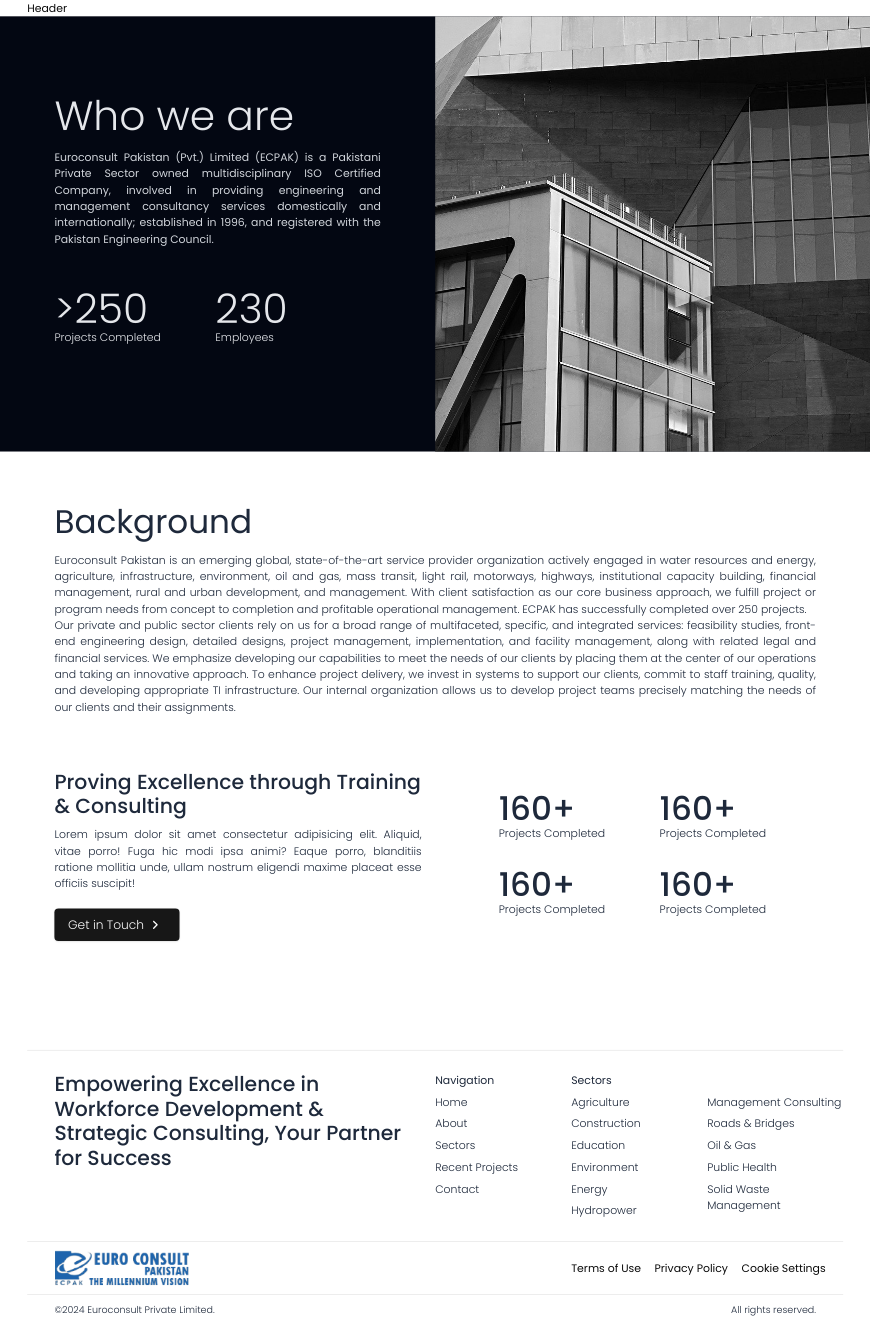
Repository: EMDC-24/ecglobalwebsite19
Page: /about
These files come from the project's save history. The page is drawn as it stood at one moment and after the next save; the edit follows.
The browser window is 1280 px wide. The pictures show the whole page, at 68% of full size.
The project was rebuilt for these pictures with package versions that can differ from the ones it lists, and the page was loaded fresh each time. The framework's server and built-in components were replaced by stand-ins that run in the browser. Also part of the build but not shown: next.config.mjs.

Above is the page before, as saved 2024-09-17 22:51:33.

After the next save:
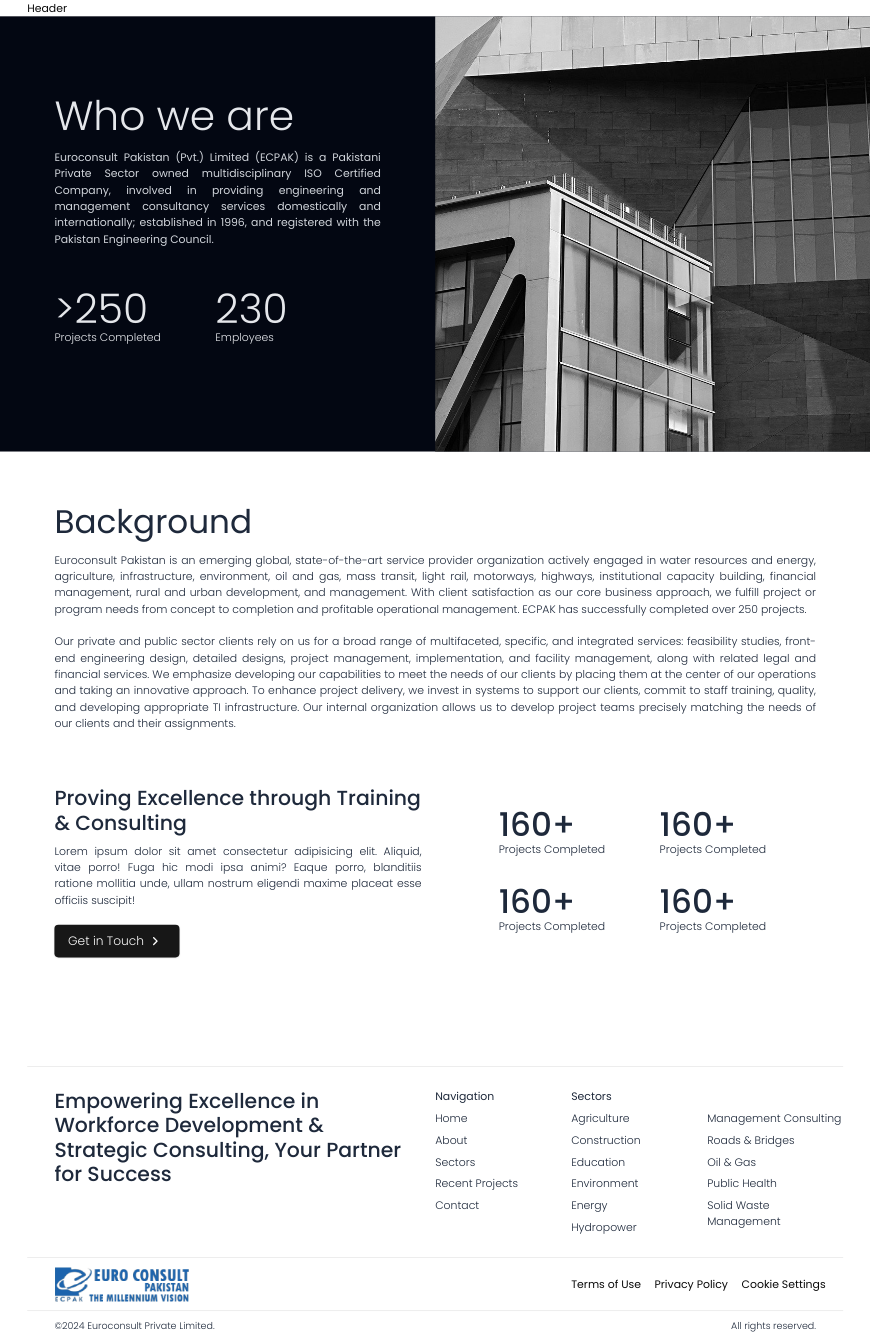
Saved 10 s later.
--- a/app/about/page.tsx
+++ b/app/about/page.tsx
@@ -28,7 +28,7 @@
         <div className="flex flex-col gap-5">
         <h2 className="text-5xl text-slate-800">Background</h2>
         <p className="font-light text-justify text-slate-800">Euroconsult Pakistan is an emerging global, state-of-the-art service provider organization actively engaged in water resources and energy, agriculture, infrastructure, environment, oil and gas, mass transit, light rail, motorways, highways, institutional capacity building, financial management, rural and urban development, and management. With client satisfaction as our core business approach, we fulfill project or program needs from
-        concept to completion and profitable operational management. ECPAK has successfully completed over 250 projects.<br></br>Our private and public sector clients rely on us for a broad range of multifaceted, specific, and integrated services: feasibility studies, front-end engineering design, detailed designs, project management, implementation, and facility management, along with related legal and financial services. We emphasize developing our capabilities to meet the needs of our clients by placing them at the center of our operations and taking an innovative approach. To enhance project delivery, we invest in systems to support our clients, commit to staff training, quality, and developing appropriate TI infrastructure. Our internal organization allows us to develop project teams precisely matching the needs of our clients and their assignments.</p>
+        concept to completion and profitable operational management. ECPAK has successfully completed over 250 projects.<br></br><br></br>Our private and public sector clients rely on us for a broad range of multifaceted, specific, and integrated services: feasibility studies, front-end engineering design, detailed designs, project management, implementation, and facility management, along with related legal and financial services. We emphasize developing our capabilities to meet the needs of our clients by placing them at the center of our operations and taking an innovative approach. To enhance project delivery, we invest in systems to support our clients, commit to staff training, quality, and developing appropriate TI infrastructure. Our internal organization allows us to develop project teams precisely matching the needs of our clients and their assignments.</p>
         </div>
         </div>
         <PraiseSection />
